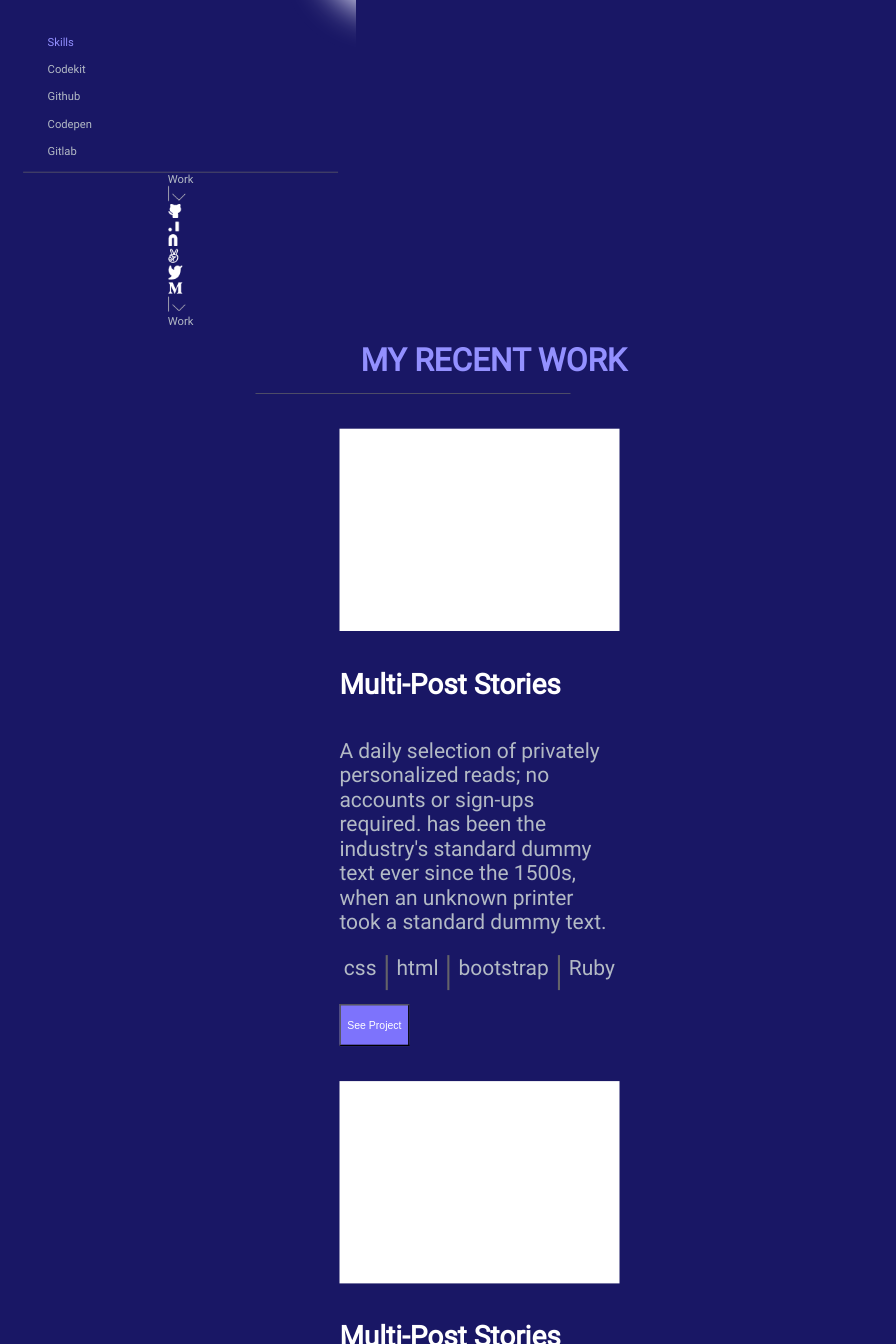
Repository: mustabbas/Portfolio
Page: index.html
The author's editor kept a copy of each file at every save. The page is drawn from the files as they stood at one save, then again after the next save.
The browser window is 1280 px wide. The pictures show the part of the page from y = 738 to 2658 px (the page is 6112 px tall before and 6038 px after), at 70% of full size.

Above is the page before, as saved 2021-08-17 18:07:50.

### index.html
<!DOCTYPE html>
<html lang="en">
<head>
    <meta charset="UTF-8">
    <meta name="viewport" content="width=device-width, initial-scale=1.0">
    <meta http-equiv="X-UA-Compatible" content="ie=edge">
    <link rel="stylesheet" href="style.css"/>
    <title>Mustafa Portfolio</title>
</head>
<body>
    <section class="container">
        <header class="header">
            <a href="#"><h2>Mustafa Abbas</h2></a>
            <nav class="humberger">
            <img  src="./assets/img/humberger.png" alt="humberger"/>
            <img  src="./assets/img/humberger.png" alt="humberger"/>
            <img  src="./assets/img/humberger.png" alt="humberger"/>
            </nav>
            <ul class="main-nav">
                <li><a href="#">Portoflio</a></li>
                <li><a href="#">About</a></li>
                <li><a href="#">Contact</a></li>
                <li ><a href="#"><img class="email-pic" src="./assets/img/Icon-Mail.png" alt="email"/></a></li >
            </ul>
        </header>
        <div class="head-wraper">
            <div class="title-wraper">
                <h1>Mustafa Abbas</h1>
                <h2>Software Developer</h2>
            </div>
        </div>
        <div class="box"><p>I can help you build a product , feature or website Look through some of my work and experience! If you like what you see and have a project you need coded,  don’t hestiate to contact me.</p></div>
        <div class="line"></div>
        <div class="skills">
        <ul>
            <li>Language</li>
            <li>Javascript</li>
            <li>Ruby</li>
            <li>Html</li>
            <li>Css</li>
        </ul>
        <ul>
            <li>Frameworks</li>
            <li>Ruby on Rails</li>
            <li>Bootstrap</li>
            <li>RSPec</li>
            <li>CapyBara</li>
        </ul>
        <ul>
            <li>Skills</li>
            <li>Codekit</li>
            <li>Github</li>
            <li>Codepen</li>
            <li>Gitlab</li>
        </ul>
      </div>
      <div class="line"></div>
      <div class="footer-nav">
        <div class="work-container upper">
        <span>Work</span>
        <div class="arrow-container">
        <img src="./assets/img/Vector-line-arrow.png" alt="Vector-line-arrow"/>
        <img src="./assets/img/Vector-arrow.png" alt="Vector-arrow"/>
         </div>
        </div>
        <div class="vector-container">
            <ul>
                <li><img src="./assets/img/Vector-github.png" alt="Vector-github"/></li>
                <li>
                    <div class="linked-container">
                        <div>
                            <img src="./assets/img/Vector-dot-linkedin.png" alt="Vector-dot-linkedin"/>
                            <img src="./assets/img/Vector-line-linkedin.png" alt="Vector-line-linkedin"/>
                      </div>
                            <img id="vector2" src="./assets/img/Vector-n-linkedin.png" alt="Vector-n-linkedin"/>
                     </div>
                </li>
                <li> <img src="./assets/img/Vector.png" alt="Vector"/></li>
                <li><img src="./assets/img/Vector-twitter.png" alt="Vector-twitter"/></li>
                <li> <img src="./assets/img/Vector-M.png" alt="Vector-M"/></li>
            </ul>

         </div>
         <div class="work-container">
        <div class="arrow-container">
        <img src="./assets/img/Vector-line-arrow.png" alt="Vector-line-arrow"/>
        <img src="./assets/img/Vector-arrow.png" alt="Vector-arrow"/>
        </div>
        <span>Work</span>
        </div>
    </div>
    </section>

    <section class="recent-work">
    <h3>My recent work</h3>
    <div class="line"></div>
    <div class="card">
       <img src="./assets/img/Placeholder.png" alt="Placeholder"/>
       <div class="card-body">
           <h4>Multi-Post Stories</h4>
           <p>A daily selection of privately personalized reads; no accounts or sign-ups required. has been the industry's standard dummy text ever since the 1500s, when an unknown printer took a standard dummy text.</p>
            <ul>
                <li>css</li>
                <li class="vertical-line"></li>
                <li>html</li>
                <li class="vertical-line"></li>
                <li>bootstrap</li>
                <li class="vertical-line"></li>
                <li>Ruby</li>
            </ul>
            <button class="button">See Project</button>
       </div>
    </div>
    <div class="card">
        <img src="./assets/img/Placeholder.png" alt="Placeholder"/>
        <div class="card-body">
            <h4>Multi-Post Stories</h4>
            <p>A daily selection of privately personalized reads; no accounts or sign-ups required. has been the industry's standard dummy text ever since the 1500s, when an unknown printer took a standard dummy text.</p>
             <ul>
                 <li>css</li>
                 <li class="vertical-line"></li>
                 <li>html</li>
                 <li class="vertical-line"></li>
                 <li>bootstrap</li>
                 <li class="vertical-line"></li>
                 <li>Ruby</li>
             </ul>
             <button class="button">See Project</button>
        </div>
     </div>
     <div class="card">
        <img src="./assets/img/Placeholder.png" alt="Placeholder"/>
        <div class="card-body">
            <h4>Multi-Post Stories</h4>
            <p>A daily selection of privately personalized reads; no accounts or sign-ups required. has been the industry's standard dummy text ever since the 1500s, when an unknown printer took a standard dummy text.</p>
             <ul>
                 <li>css</li>
                 <li class="vertical-line"></li>
                 <li>html</li>
                 <li class="vertical-line"></li>
                 <li>bootstrap</li>
                 <li class="vertical-line"></li>
                 <li>Ruby</li>
             </ul>
             <button class="button">See Project</button>
        </div>
     </div>
     <div class="card">
        <img src="./assets/img/Placeholder.png" alt="Placeholder"/>
        <div class="card-body">
            <h4>Multi-Post Stories</h4>
            <p>A daily selection of privately personalized reads; no accounts or sign-ups required. has been the industry's standard dummy text ever since the 1500s, when an unknown printer took a standard dummy text.</p>
             <ul>
                 <li>css</li>
                 <li class="vertical-line"></li>
                 <li>html</li>
                 <li class="vertical-line"></li>
                 <li>bootstrap</li>
                 <li class="vertical-line"></li>
                 <li>Ruby</li>
             </ul>
             <button class="button">See Project</button>
        </div>
     </div>
    </section>

    <section class="card-container">
        <div class="card">
        <div class="card-body">
        <h3>CONTACT US</h3>
        <p>If you have an application you are interested in developing, a feature that you need built or a project that needs coding. I’d love to help with it </p>
        <form>
        <input type="text" placeholder="Text Input" maxlength="30" required/>
        <input type="email" placeholder="jeremy@gmail.com" required/>
        <textarea rows="15" cols="48" placeholder="Enter text here" maxlength="500" required></textarea>
        <button class="button btn">See Project</button>
        </form>
        </div>
        <div class="footer-nav">
            <div class="work-container upper">
            <span>Work</span>
            <div class="arrow-container">
            <img src="./assets/img/Vector-line-arrow.png" alt="Vector-line-arrow"/>
            <img src="./assets/img/Vector-arrow.png" alt="Vector-arrow"/>
             </div>
            </div>
            <div class="vector-container">
                <ul>
                    <li><img src="./assets/img/Vector-github.png" alt="Vector-github"/></li>
                    <li>
                        <div class="linked-container">
                            <div>
                                <img src="./assets/img/Vector-dot-linkedin.png" alt="Vector-dot-linkedin"/>
                                <img src="./assets/img/Vector-line-linkedin.png" alt="Vector-line-linkedin"/>
                          </div>
                                <img src="./assets/img/Vector-n-linkedin.png" alt="Vector-n-linkedin"/>
                         </div>
                    </li>
                    <li> <img src="./assets/img/Vector.png" alt="Vector"/></li>
                    <li><img src="./assets/img/Vector-twitter.png" alt="Vector-twitter"/></li>
                    <li> <img src="./assets/img/Vector-M.png" alt="Vector-M"/></li>
                </ul>

             </div>
            <span>emailhere@email.com</span>
        </div>
    </div>
    </section>


</body>
</html>

### style.css
@font-face {
  font-family: 'roboto';
  src: url(assets/font/Roboto/Roboto-Regular.ttf);
}

body {
  background-color: #191765;
  font-family: 'roboto', sans-serif;
}

ul {
  margin: 0;
  padding: 0;
  list-style: none;
}

h1 {
  color: #9390ff;
}

p,
h2,
td,
li,
a,
span {
  color: #b3bac5;
}

.header {
  display: flex;
  justify-content: space-around;
  align-items: center;
}

.header a {
  text-decoration: none;
}

.main-nav {
  display: flex;
}

.main-nav a {
  display: block;
  padding: 1em;
  text-decoration: none;
}

.head-wraper {
  display: flex;
  justify-content: center;
  align-items: center;
  background-image: url("./assets/img/circle1header.svg");
  background-repeat: no-repeat;
  background-position: -160px -50px;
}

.title-wraper {
  flex-direction: column;
  justify-content: center;
}

.title-wraper h1 {
  font-size: 3rem;
}

.title-wraper h2 {
  font-size: 2rem;
  margin-top: 0;
}

.container {
  display: flex;
  flex-direction: column;
  justify-content: center;
  align-items: center;
  width: 500px;
}

.box {
  min-width: 450px;
  width: 33.333%;
  margin: 50px;
}

.box p {
  font-size: 20px;
  font-weight: 300;
  text-align: center;
  color: #b3bac5;
}

.line {
  min-width: 450px;
  width: 33.333%;
  border-bottom: 1px solid #646369;
}

.skills {
  display: flex;
  justify-content: space-between;
  flex-wrap: wrap;
  width: 500px;
  background-image: url("./assets/img/circle1header.svg");
  background-repeat: no-repeat;
  background-position: 400px 10px;
}

.skills ul {
  width: 40%;
  margin-top: 20px;
  margin-left: 40px;
}

.skills li {
  margin: 20px;
}

.skills ul li:first-child {
  color: #9390ff;
}

.email-pic {
  color: #b3bac5;
}

/* .footer-nav {
  display: flex;
  justify-content: space-around;
  align-items: center;
  margin-top: 40px;
}

.work-container .work-container2 {
  display: flex;
  justify-content: space-around;
}

.vector-container ul {
  display: flex;
  justify-content: center;
  align-items: center;
}

.vector-container img {
  margin-left: 10px;
}

.arrow-container {
  display: flex;
  flex-direction: column;
  align-items: flex-start;
  margin-right: 10px;
}

.arrow-container img:first-child {
  margin-left: 9px;
}

.arrow-container img:last-child {
  margin-top: -8px;
}

.linked-container {
  display: flex;
}

.linked-container div {
  display: flex;
  flex-direction: column;
}

#vector2 {
  margin-left: auto;
} */

h3 {
  font-size: 45px;
  color: #9390ff;
  margin: 20px;
  text-transform: uppercase;
  margin-left: 150px;
}

.recent-work {
  display: grid;
  grid-template-columns: auto;
  grid-template-rows: auto;
  justify-content: center;
}

.card-container {
  display: grid;
  grid-template-columns: auto;
  grid-template-rows: auto;
  justify-content: center;
}

.card {
  display: flex;
  flex-direction: column;
  width: 400px;
  margin-left: 120px;
  margin-top: 50px;
}

.card-body h4 {
  font-size: 40px;
  color: #fff;
}

.card-body p {
  font-size: 30px;
  text-align: left;
}

.card-body h3 {
  font-size: 45px;
  color: #9390ff;
  margin: 20px;
  text-transform: uppercase;
}

.card-body ul {
  display: flex;
  justify-content: space-around;
  font-size: 30px;
  text-align: left;
}

.vertical-line {
  height: 50px;
  border-right: 3px solid #646369;
}

.button {
  background-color: #7d73fc;
  width: 100px;
  height: 60px;
  color: #fff;
  font-size: 15px;
  margin-top: 20px;
}

.button:hover {
  box-shadow: 0 8px 16px rgba(125, 115, 252, 0.48);
}

input {
  width: 100%;
  height: 60px;
  padding: 12px 20px;
  margin: 8px 0;
  display: inline-block;
  border: 1px solid #ccc;
  border-radius: 4px;
  box-sizing: border-box;
  margin-bottom: 30px;
}

textarea::placeholder {
  font-size: 20px;
  padding: 20px;
}

.btn {
  margin-left: 150px;
  margin-top: 30px;
}

@media only screen and (max-width: 500px) {
  .header {
    width: 500px;
    justify-content: space-around;
  }

  .header ul {
    display: none;
  }

  .main-nav {
    flex-direction: column;
  }

  .head-wraper {
    width: 500px;
  }

  .head-wraper img {
    margin-left: -200px;
  }

  .right {
    margin-right: -100px;
  }

  .container img {
    margin-right: -500px;
  }

  .humberger {
    display: flex;
    flex-direction: column;
    justify-content: space-between;
  }

  .humberger img {
    width: 33.33px;
    height: 3px;
    margin: 5px;
    background-color: #b3bac5;
  }

  .footer-nav {
    /* width: 500px; */
    flex-direction: column;
  }

  .upper {
    display: none !important;
  }

  .work-container {
    display: flex;
    margin-top: 30px;
  }
}

After the next save:
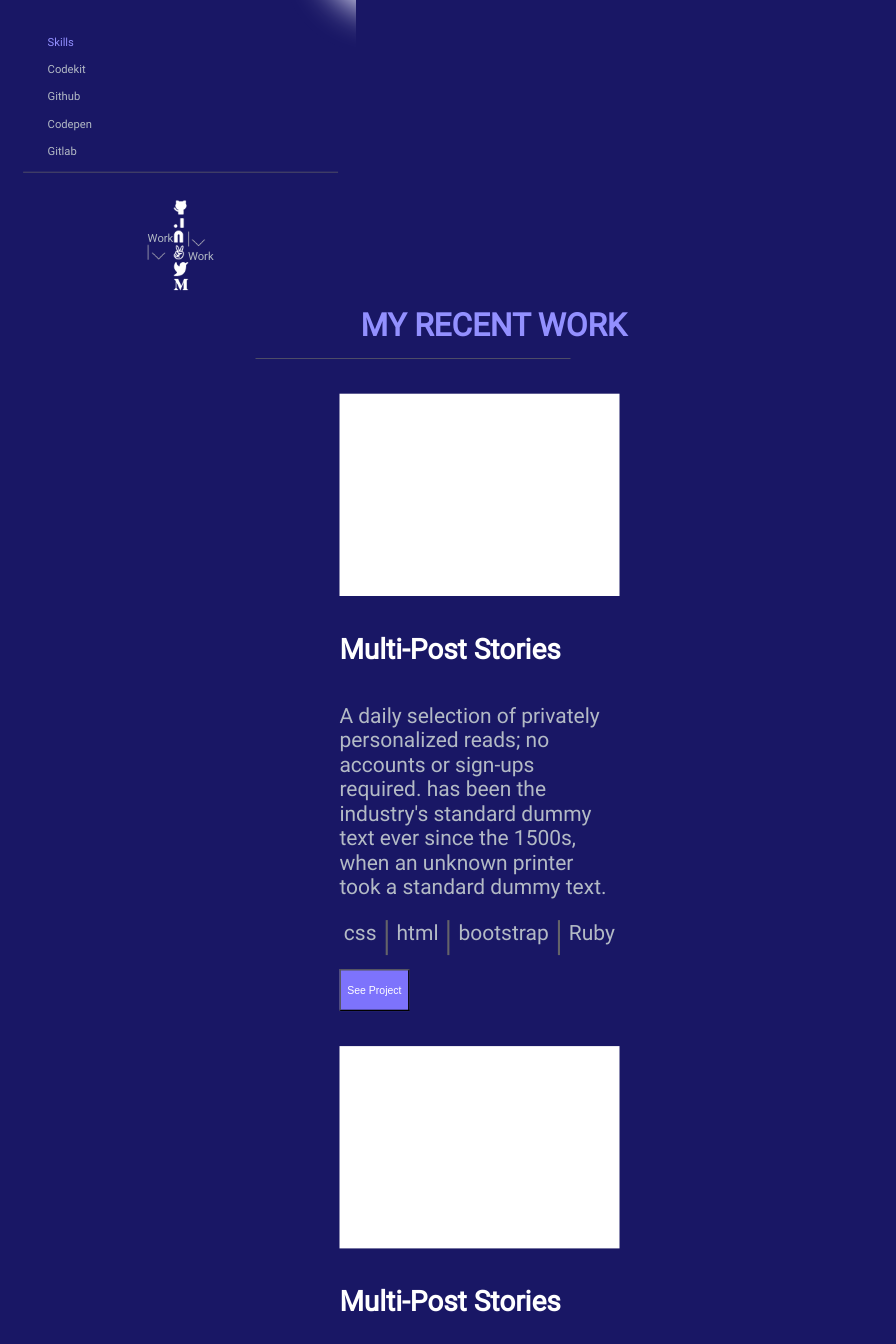
Saved 23 s later.
--- a/style.css
+++ b/style.css
@@ -125,13 +125,13 @@ span {
   color: #b3bac5;
 }
 
-/* .footer-nav {
+ .footer-nav {
   display: flex;
   justify-content: space-around;
   align-items: center;
   margin-top: 40px;
 }
-
+/*
 .work-container .work-container2 {
   display: flex;
   justify-content: space-around;
